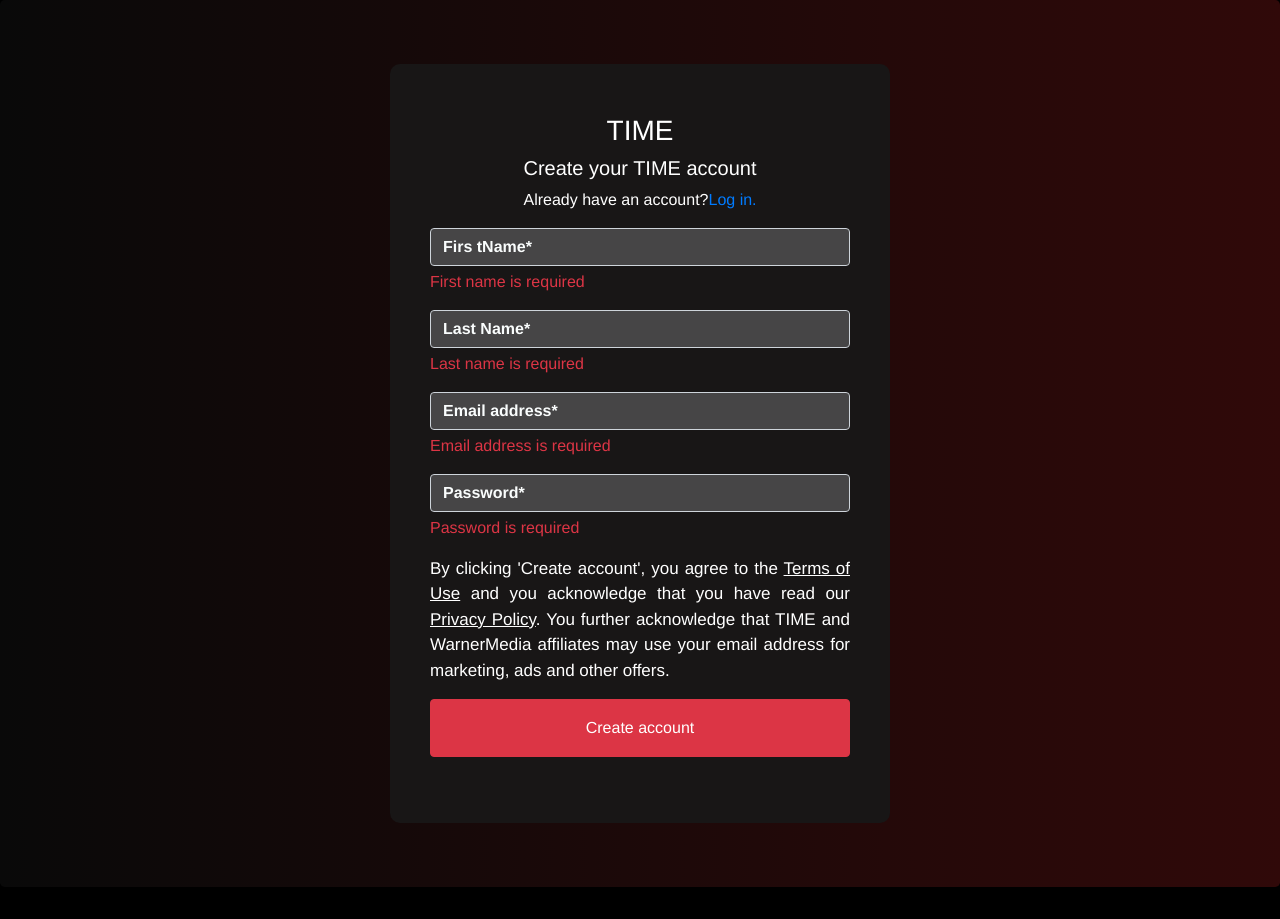
Repository: Vu14082002/WebTinTuc
Page: html/SignUp.html
The author's editor kept a copy of each file at every save. The page is drawn from the files as they stood at one save, then again after the next save.
The browser window is 1280 px wide. The pictures show the whole page.
Some web libraries are served in a nearby version.

Above is the page before, as saved 2022-04-09 14:17:14.

After the next save:
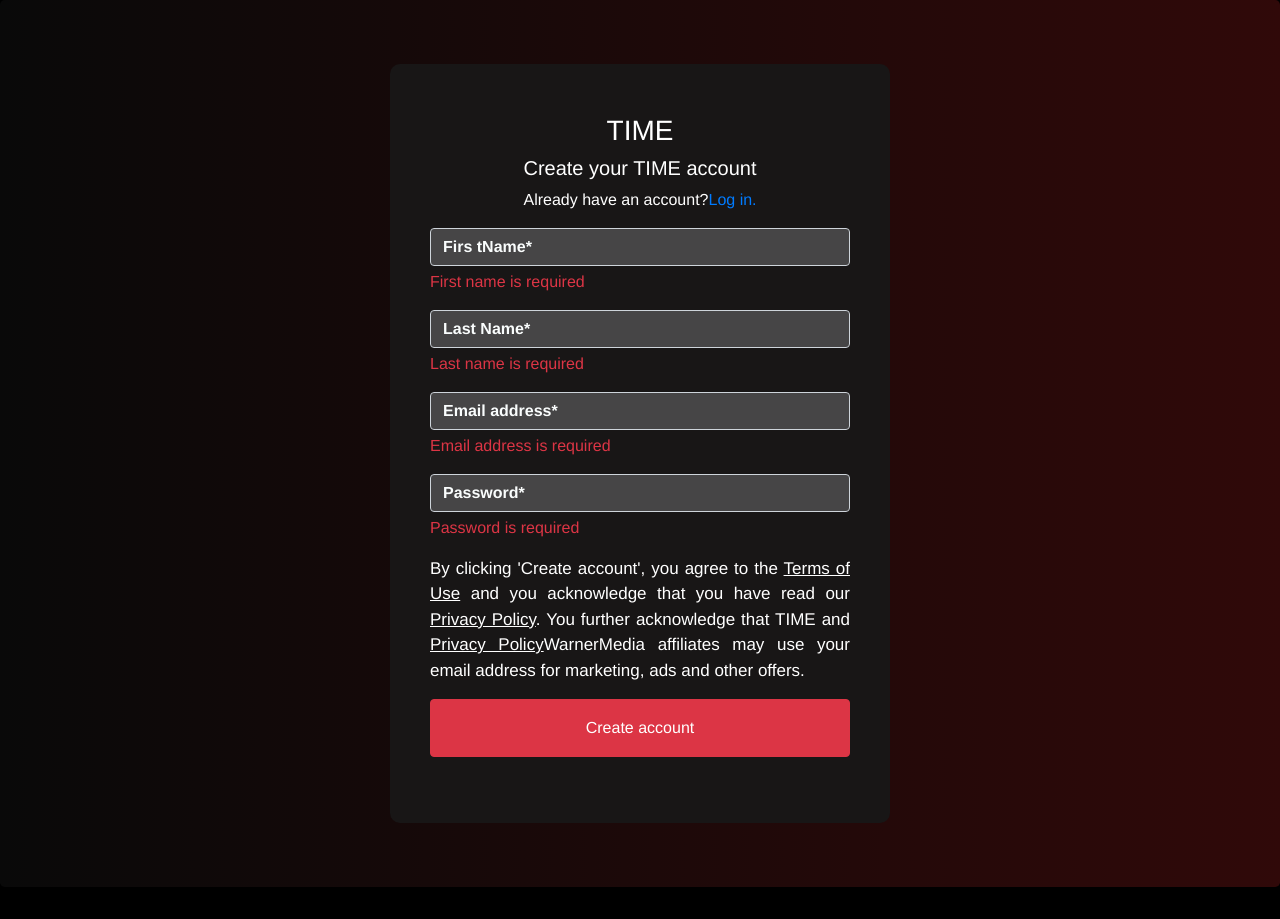
Saved 17 s later.
--- a/html/SignUp.html
+++ b/html/SignUp.html
@@ -46,7 +46,7 @@
                 </p>
                 <p class=" text-justify">
                     By clicking 'Create account', you agree to the <a  class="theA" href="../html/TermsOfuse.html">Terms of Use</a> and you acknowledge that you have read our
-                    <a  class="theA" href="../html/TermsOfuse.html">Privacy Policy</a>. You further acknowledge that TIME and WarnerMedia affiliates may use your email address for marketing,
+                    <a  class="theA" href="../html/TermsOfuse.html">Privacy Policy</a>. You further acknowledge that TIME and <a  class="theA" href="../html/TermsOfuse.html">Privacy Policy</a>WarnerMedia affiliates may use your email address for marketing,
                     ads and other offers.
                 </p>
                 <a href="../html/login.html"><button type="button" class="btn btn-danger w-100 p-3">Create account</button>  </a>

After the 2 saves that followed:
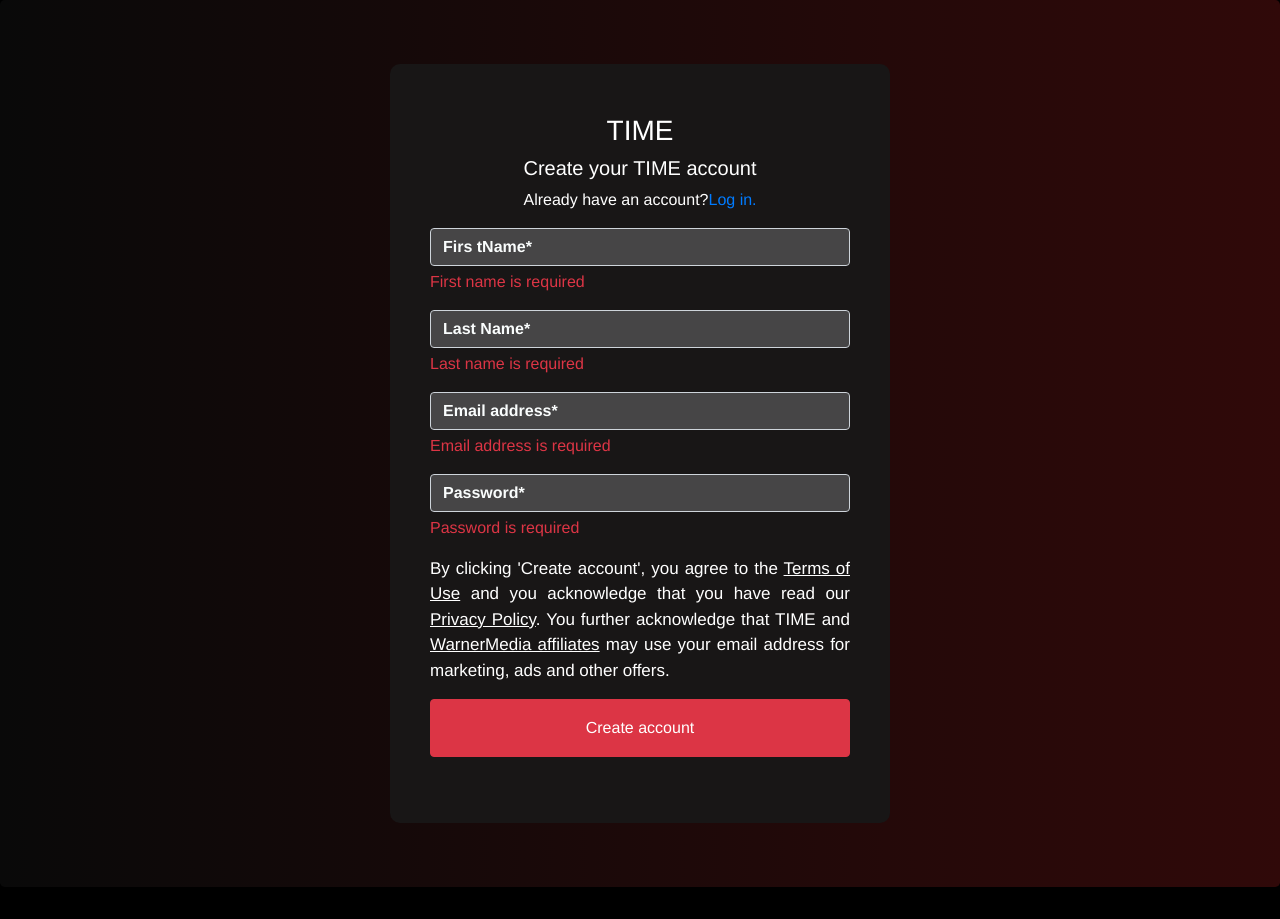
The 2 saves are shown as one change because they came seconds apart.
The last was saved 13 s later.
--- a/html/SignUp.html
+++ b/html/SignUp.html
@@ -46,7 +46,7 @@
                 </p>
                 <p class=" text-justify">
                     By clicking 'Create account', you agree to the <a  class="theA" href="../html/TermsOfuse.html">Terms of Use</a> and you acknowledge that you have read our
-                    <a  class="theA" href="../html/TermsOfuse.html">Privacy Policy</a>. You further acknowledge that TIME and <a  class="theA" href="../html/TermsOfuse.html">Privacy Policy</a>WarnerMedia affiliates may use your email address for marketing,
+                    <a  class="theA" href="../html/TermsOfuse.html">Privacy Policy</a>. You further acknowledge that TIME and <a  class="theA" href="../html/TermsOfuse.html">WarnerMedia affiliates</a> may use your email address for marketing,
                     ads and other offers.
                 </p>
                 <a href="../html/login.html"><button type="button" class="btn btn-danger w-100 p-3">Create account</button>  </a>
